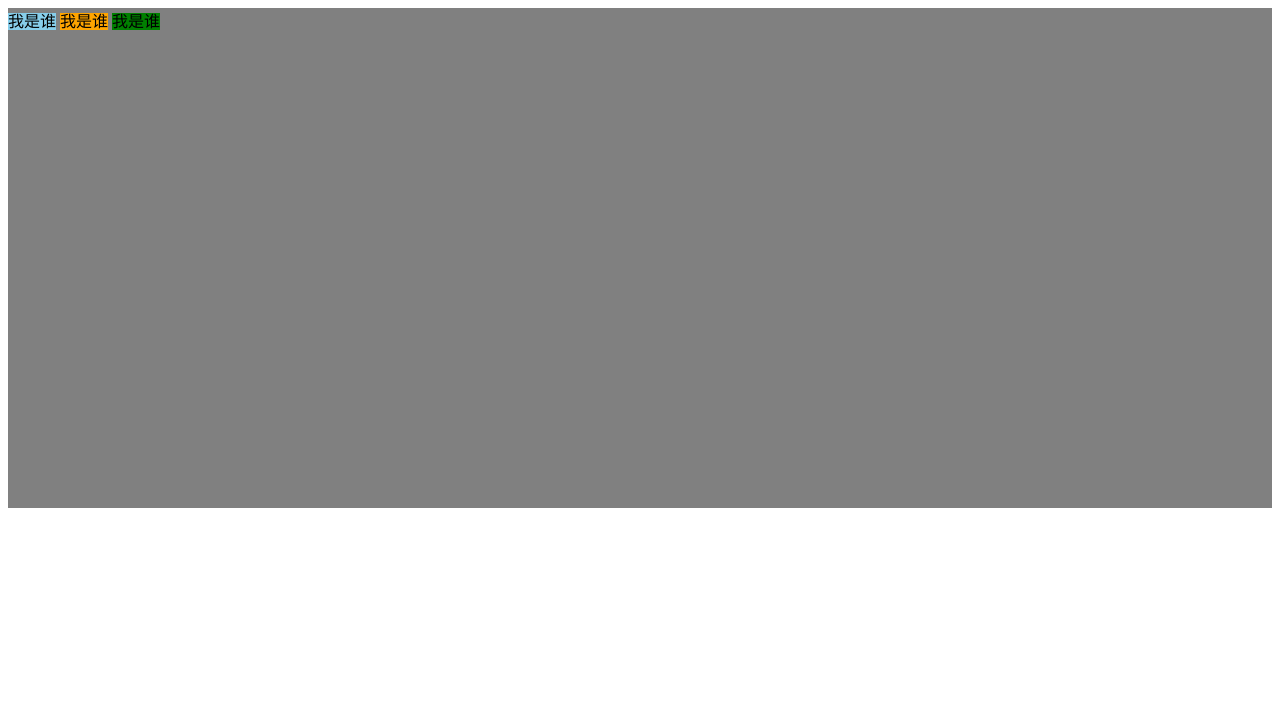
Repository: 123648923/html5-css3
Page: css/15 盒子模型/17 元素之间的空白问题.html
The author's editor kept a copy of each file at every save. The page is drawn from the files as they stood at one save, then again after the next save.
The browser window is 1280 px wide. The pictures show the whole page.

Above is the page before, as saved 2023-11-07 14:57:58.

### css/15 盒子模型/17 元素之间的空白问题.html
<!DOCTYPE html>
<html lang="zh-CN">

<head>
    <meta charset="UTF-8">
    <title>元素之间的空白问题</title>
    <style>
        div {
            height: 500px;
            background-color: gray;
        }

        .s1 {
            background-color: skyblue;
        }

        .s2 {
            background-color: orange;
        }

        .s3 {
            background-color: green;
        }
    </style>
</head>

<body>
    <div>
        <span class="s1">我是谁</span>
        <span class="s2">我是谁</span>
        <span class="s3">我是谁</span>
    </div>
</body>

</html>

After the next save:
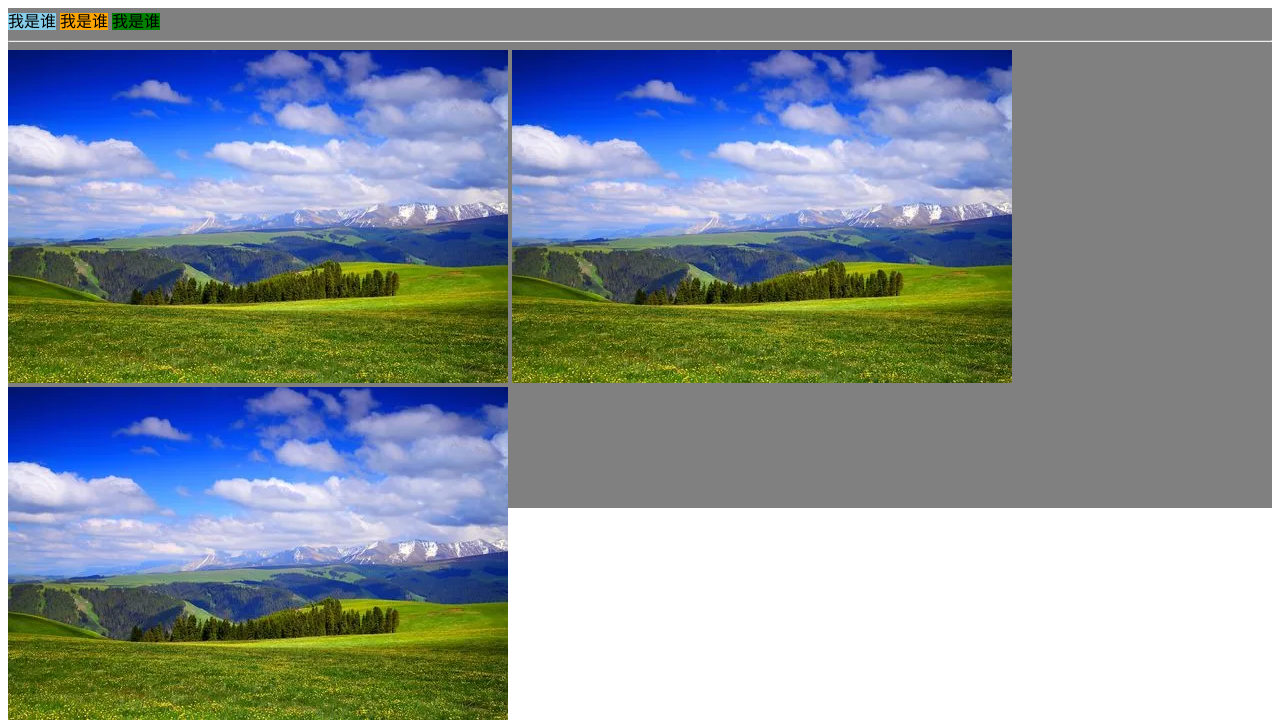
Saved 79 s later.
--- a/css/15 盒子模型/17 元素之间的空白问题.html
+++ b/css/15 盒子模型/17 元素之间的空白问题.html
@@ -29,6 +29,10 @@
         <span class="s1">我是谁</span>
         <span class="s2">我是谁</span>
         <span class="s3">我是谁</span>
+        <hr>
+        <img src="../../fj.webp" alt="">
+        <img src="../../fj.webp" alt="">
+        <img src="../../fj.webp" alt="">
     </div>
 </body>
 

After the save that followed:
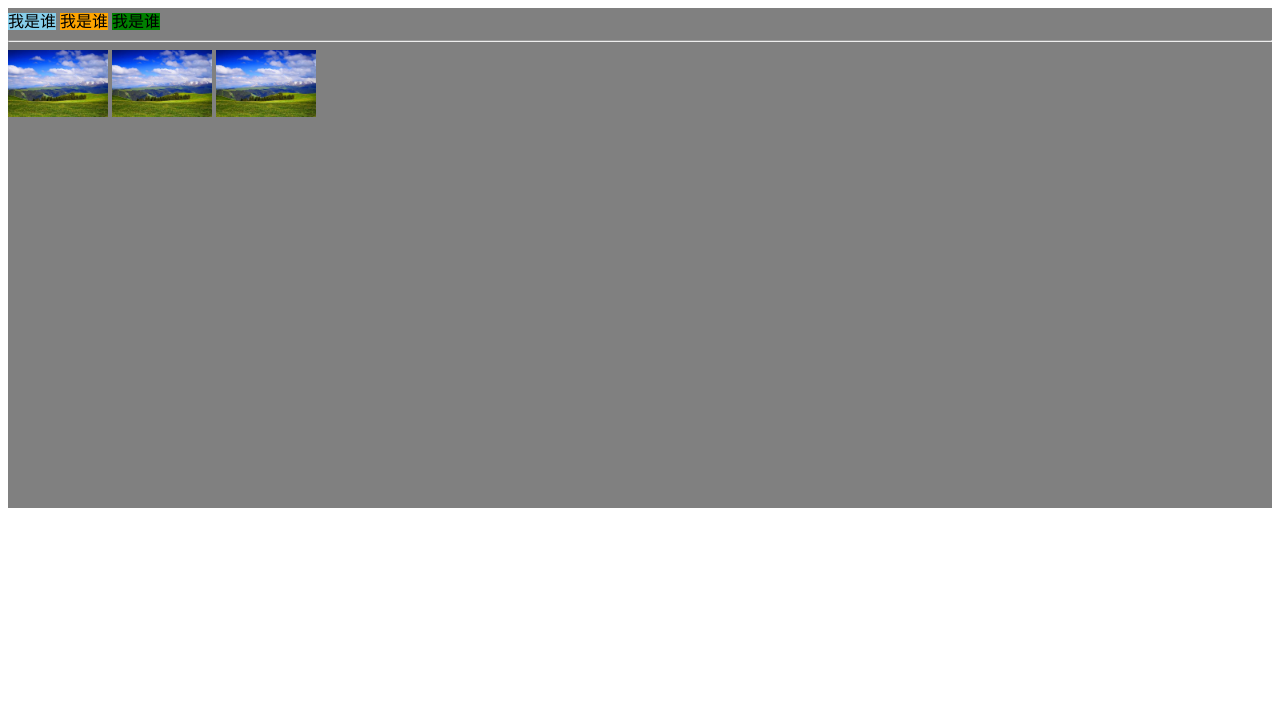
Saved 14 s later.
--- a/css/15 盒子模型/17 元素之间的空白问题.html
+++ b/css/15 盒子模型/17 元素之间的空白问题.html
@@ -21,6 +21,11 @@
         .s3 {
             background-color: green;
         }
+
+        img {
+            width: 100px;
+
+        }
     </style>
 </head>
 
